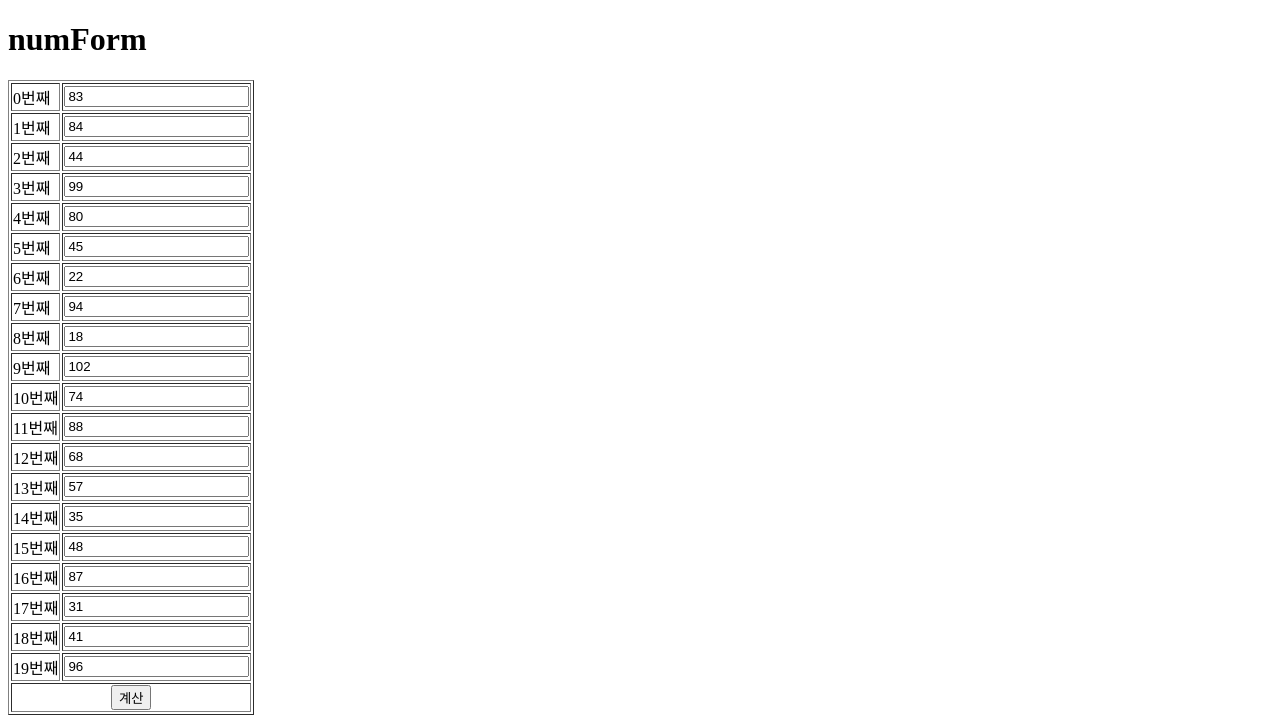
Repository: hjh5217/newJSP
Page: http://localhost/jspProj/request/numForm.jsp
The author's editor kept a copy of each file at every save. The page is drawn from the files as they stood at one save, then again after the next save.
The browser window is 1280 px wide. The pictures show the whole page.
The page is served by Tomcat 9. Other server files are loaded and not shown.

Above is the page before, as saved 2023-07-27 06:53:36.

### jspProj/src/main/webapp/request/numForm.jsp
<%@ page language="java" contentType="text/html; charset=UTF-8"
    pageEncoding="UTF-8"%>
<!DOCTYPE html>
<html>
<head>
<meta charset="UTF-8">
<title>numForm</title>
</head>
<body>
	<h1>numForm</h1>
	<form action="numForm">
		<table border="">
			<% for(int i = 0; i<20; i++){%>
			<tr>
				<td><%=i %>번째</td>
				<td><input type="text" name="no" value="<%=(int)(Math.random()*100)+10 %>"/></td>
			</tr>
			<%} %>
			<tr>
				<td colspan="2" align="center">
					<input type="submit" value="계산"/>
				</td>
			</tr>
		</table>
	</form>
</body>
</html>

After the next save:
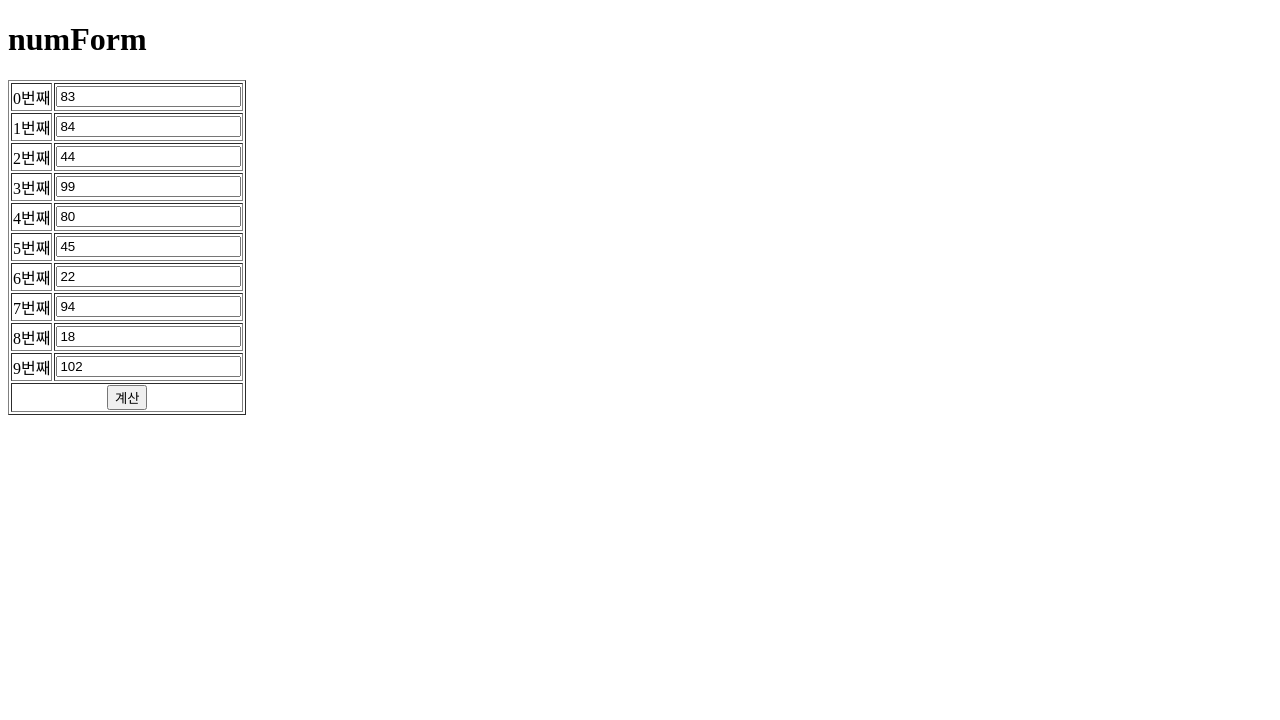
Saved 46 s later.
--- a/jspProj/src/main/webapp/request/numForm.jsp
+++ b/jspProj/src/main/webapp/request/numForm.jsp
@@ -10,7 +10,7 @@
 	<h1>numForm</h1>
 	<form action="numForm">
 		<table border="">
-			<% for(int i = 0; i<20; i++){%>
+			<% for(int i = 0; i<10; i++){%>
 			<tr>
 				<td><%=i %>번째</td>
 				<td><input type="text" name="no" value="<%=(int)(Math.random()*100)+10 %>"/></td>
